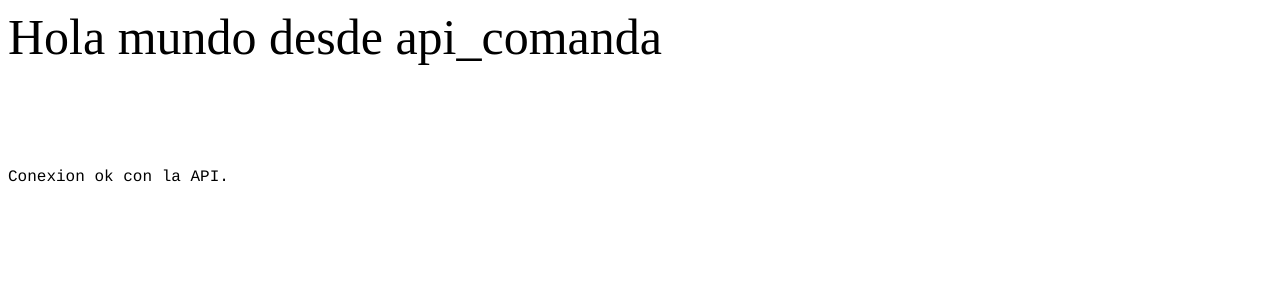
Repository: danieldebrito/api_comanda
Page: http://localhost/api_meyro_sgc/app/index.php
An editor plug-in stored every save of this project. The page is shown before and after the next save, followed by the edit.
The browser window is 1280 px wide. The pictures show the whole page.
The page is run by PHP 8.4 with error messages shown; the project is at /var/www/html/.

Above is the page before, as saved 2019-08-06 01:23:58.

After the next save:
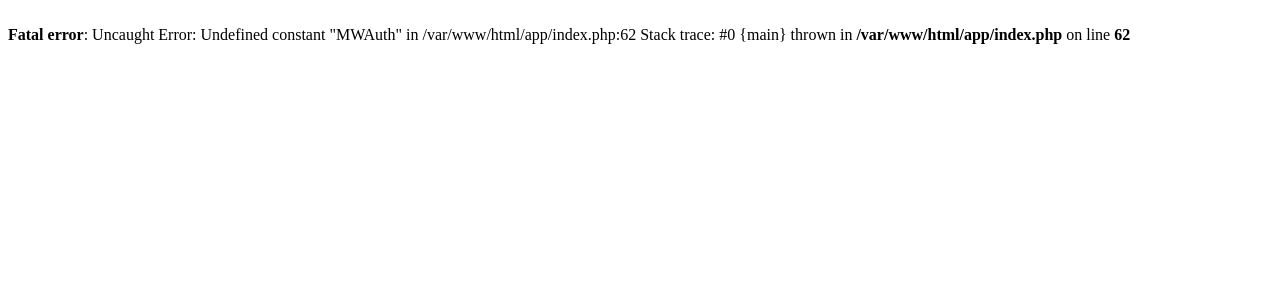
Saved 23 s later.
--- a/app/index.php
+++ b/app/index.php
@@ -58,8 +58,8 @@
   $this->post('/update', \empleadoApi::class . ':updateApi');
 });
 
-$app->get('/horarios', \empleadoApi::class . ':horariosAllApi');
-//->add(\MWAuth.php::class . ':ValidarSocio');
+$app->get('/horarios', \empleadoApi::class . ':horariosAllApi')
+->add(\MWAuth.php::class . ':ValidarSocio');
 
 $app->get('/operaciones', \empleadoApi::class . ':operacionesAllApi');
 $app->get('/operEmpSecAll', \empleadoApi::class . ':operEmpSecAllApi');
